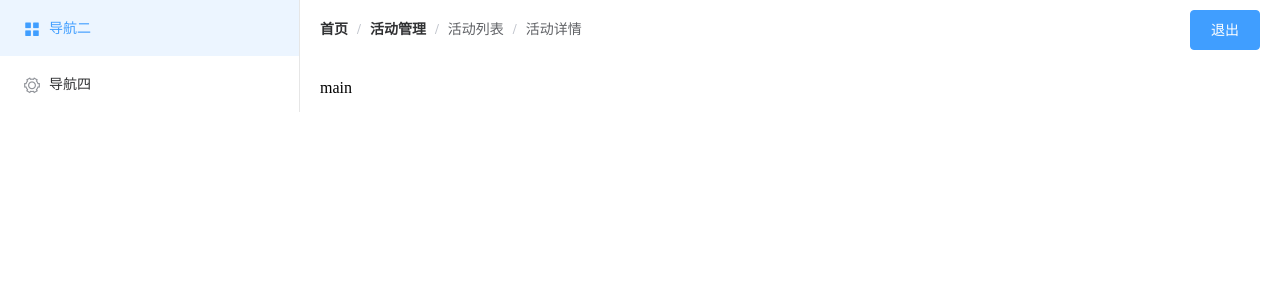
Repository: code1379/vue2-element
Page: / (app in element-admin/)
An editor plug-in stored every save of this project. The page is shown before and after the next save, followed by the edit.
The browser window is 1280 px wide. The pictures show the whole page.
The project was rebuilt for these pictures with package versions that can differ from the ones it lists, and the page was loaded fresh each time. Also part of the build but not shown: element-admin/vue.config.js.

Above is the page before, as saved 2021-06-14 22:21:31.

After the next save:
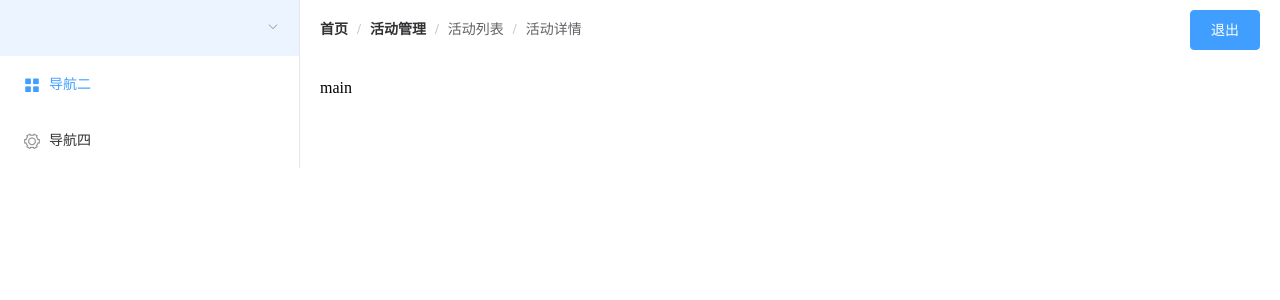
Saved 67 s later.
--- a/element-admin/src/views/home/Home.vue
+++ b/element-admin/src/views/home/Home.vue
@@ -3,11 +3,11 @@
     <!-- 左侧导航 -->
     <el-aside class="sidebar" style="width: 300px">
       <!-- 导航 -->
-      <el-menu
-        default-active="2"
-        class="el-menu-vertical-demo"
-      >
+      <el-menu default-active="2" class="el-menu-vertical-demo">
         <!-- 有子导航，我们使用 el-submenu -->
+        <el-submenu index="1">
+
+        </el-submenu>
         <!-- 没有子导航，我们使用 el-menu-item -->
         <el-menu-item index="2">
           <i class="el-icon-menu"></i>
